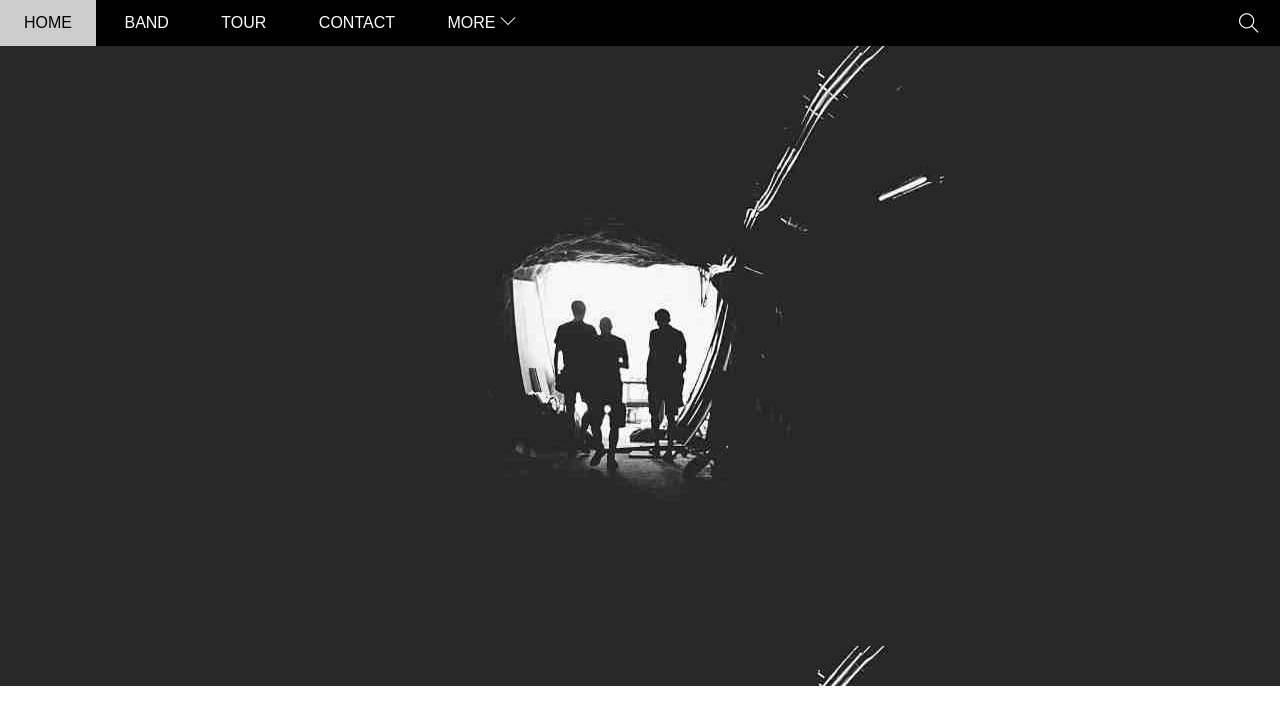
Repository: minhnguyennn/w3_band_music
Page: index.html
The author's editor kept a copy of each file at every save. The page is drawn from the files as they stood at one save, then again after the next save.
The browser window is 1280 px wide. The pictures show the whole page.

Above is the page before, as saved 2023-02-18 20:08:33.

### index.html
<!DOCTYPE html>
<html lang="en">
<head>
    <meta charset="UTF-8">
    <meta http-equiv="X-UA-Compatible" content="IE=edge">
    <meta name="viewport" content="width=device-width, initial-scale=1.0">
    <title>Document</title>
    <link rel="stylesheet" href="./assets/css/style.css">
    <link rel="stylesheet" href="./assets/fonts/themify-icons-font/themify-icons/themify-icons.css">
</head>
<body>
    <div id="main">
        <div id="header">
            <!-- Begin: nav -->
            <ul id="nav">
                <li><a href="">Home</a></li>
                <li><a href="">Band</a></li>
                <li><a href="">Tour</a></li>
                <li><a href="">Contact</a></li>
                <li>
                    <a href="">
                        More
                        <i class="nav-arrow-down ti-angle-down"></i>
                    </a>
                    <ul class="subnav">
                        <li><a href="">Merchandise</a></li>
                        <li><a href="">Extras</a></li>
                        <li><a href="">Media</a></li>
                    </ul>
                </li>
            </ul>
            <!-- End: nav -->

            <!-- Begin: search button -->
            <div class="search-btn">
                <i class="search-icon ti-search"></i>
            </div>
            <!-- End: search button -->

        </div>

        <div id="slider">

        </div>

        <div id="content">

        </div>

        <div id="footer">

        </div>

    </div>
</body>
</html>

### assets/css/style.css
/* Reset CSS */
* {
   padding: 0;
   margin: 0;
   box-sizing: border-box;
}

html {
   font-family: Arial, Helvetica, sans-serif;
}

#main {
}

#header {
   position: fixed;
   top: 0;
   left: 0;
   right: 0;
   height: 46px;
   background-color: #000;
}

#nav {
   display: inline-block;
}

#nav,
.subnav {
   list-style-type: none;
}

#nav > li {
   display: inline-block;
}

#nav li {
   position: relative;
}

#nav > li > a {
   color: #fff;
   text-transform: uppercase;
   padding: 0 24px;
   line-height: 46px;
}

#nav li a {
   text-decoration: none;
   display: inline-block;
}

#nav li:hover .subnav {
   display: block;
}

#nav > li:hover > a {
   color: #000;
   background-color: #ccc;
}

#nav > .nav-arrow-down {
   font-size: 14px;
}

#nav .subnav {
   min-width: 160px;
   display: none;
   position: absolute;
   top: 100%;
   left: 0;
   background-color: #fff;
   box-shadow: 0 0 10px gray;
}

#nav .subnav a {
   color: #000;
   padding: 0 16px;
   line-height: 32px;
}

#nav .subnav li:hover {
   background-color: #ccc;
}

#header > .search-btn {
   float: right;
   padding: 0 21px;
}

#header > .search-btn:hover {
   background-color: red;
   cursor: pointer;
}

#header > .search-btn > .search-icon {
   color: #fff;
   font-size: 20px;
   line-height: 46px;
}

#slider {
   margin-top: 46px;
   padding-top: 50%;
   background: url("/assets/img/Slider/slider1.jpg") top center ;
}

#content {
}

#footer {
}

Loaded but not shown: assets/fonts/themify-icons-font/themify-icons/themify-icons.css (common file)

After the next save:
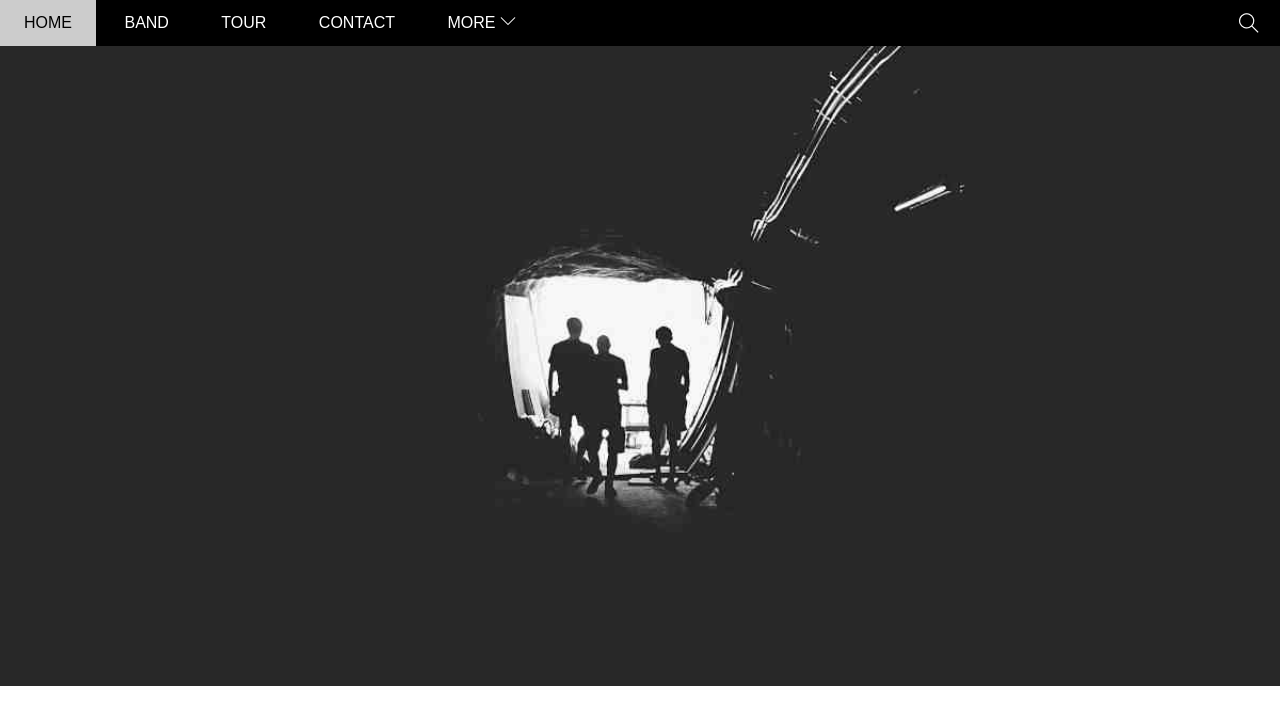
Saved 11 s later.
--- a/assets/css/style.css
+++ b/assets/css/style.css
@@ -102,7 +102,7 @@ html {
 #slider {
    margin-top: 46px;
    padding-top: 50%;
-   background: url("/assets/img/Slider/slider1.jpg") top center ;
+   background: url("/assets/img/Slider/slider1.jpg") top center / cover;
 }
 
 #content {
